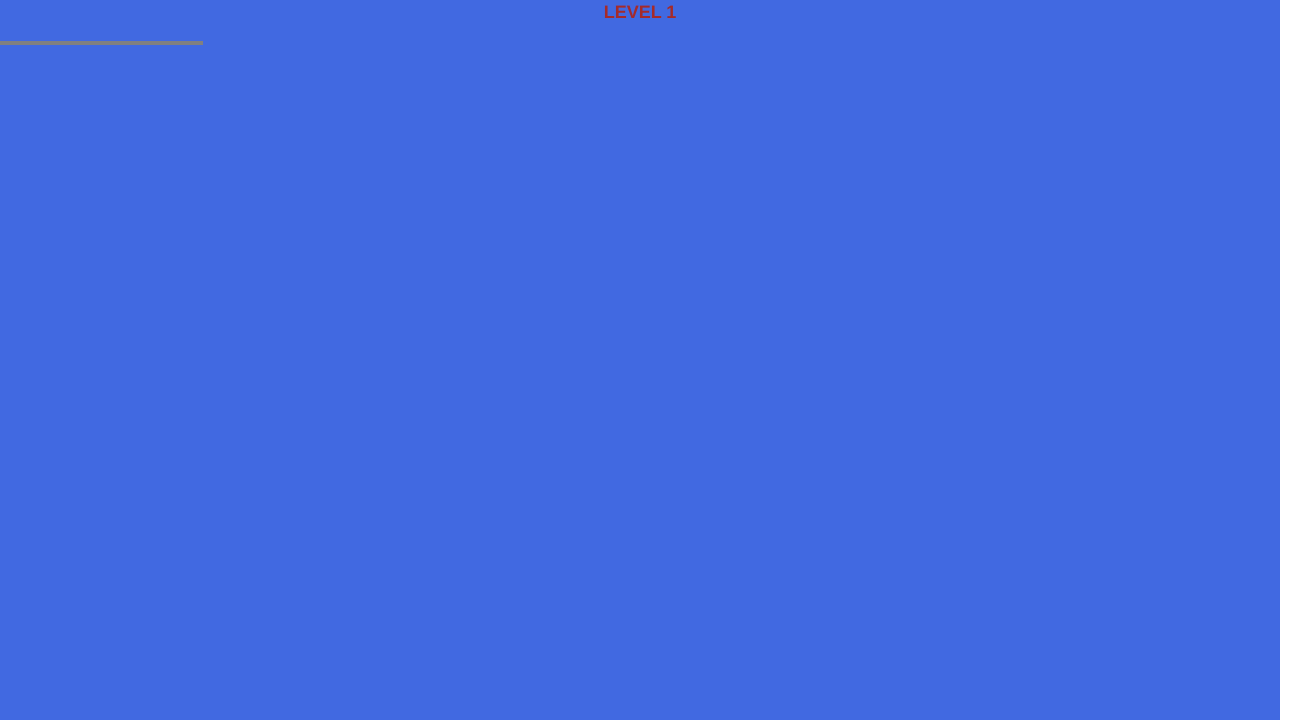
Repository: Shenba-Ps/Jsp-Servlet-B
Page: http://localhost/Test/Booking.jsp
The author's editor kept a copy of each file at every save. The page is drawn from the files as they stood at one save, then again after the next save.
The browser window is 1280 px wide. The page is 1295 px wide, so the pictures cover 1295 px, including what lies to the right of the window. The pictures show the whole page.
The page is served by Tomcat 9.

Above is the page before, as saved 2023-06-15 13:09:53.

After the next save:
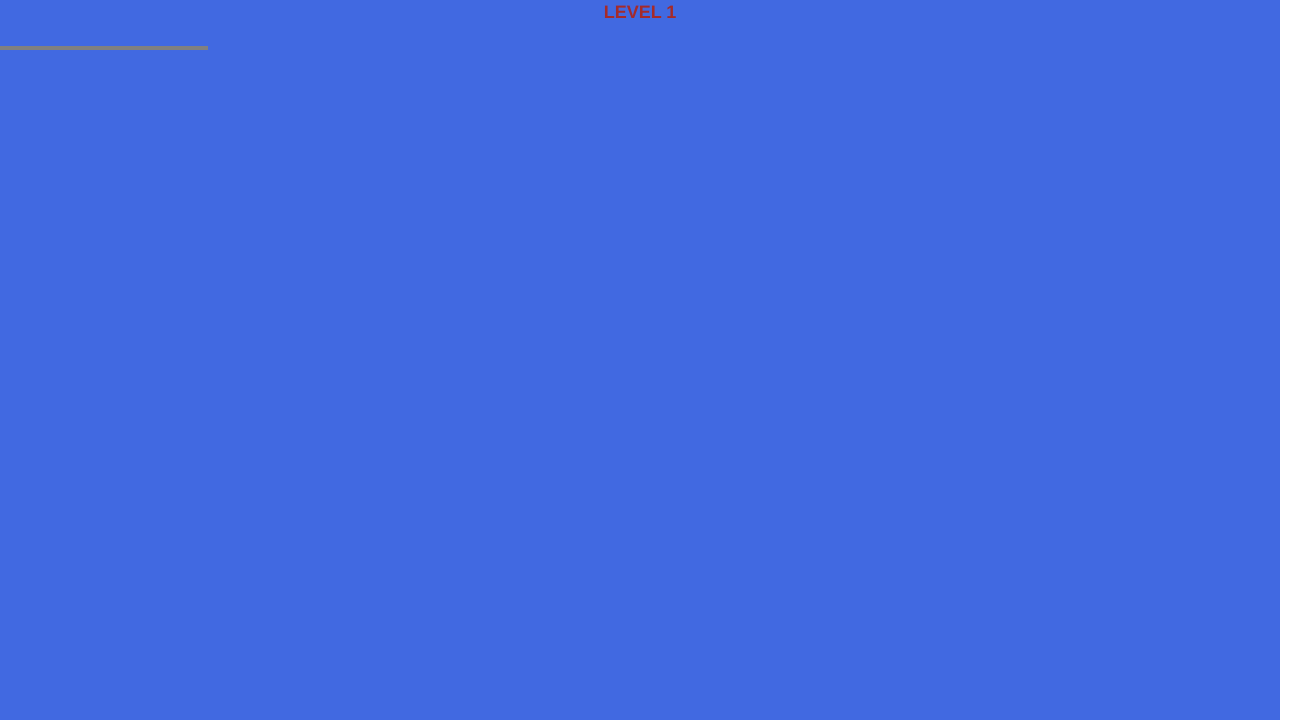
Saved 16 s later.
--- a/Test/src/main/webapp/Script/Common.css
+++ b/Test/src/main/webapp/Script/Common.css
@@ -19,4 +19,5 @@
 
 .Slot {
   border: 2px solid gray;
+	margin: 5px;
 }
